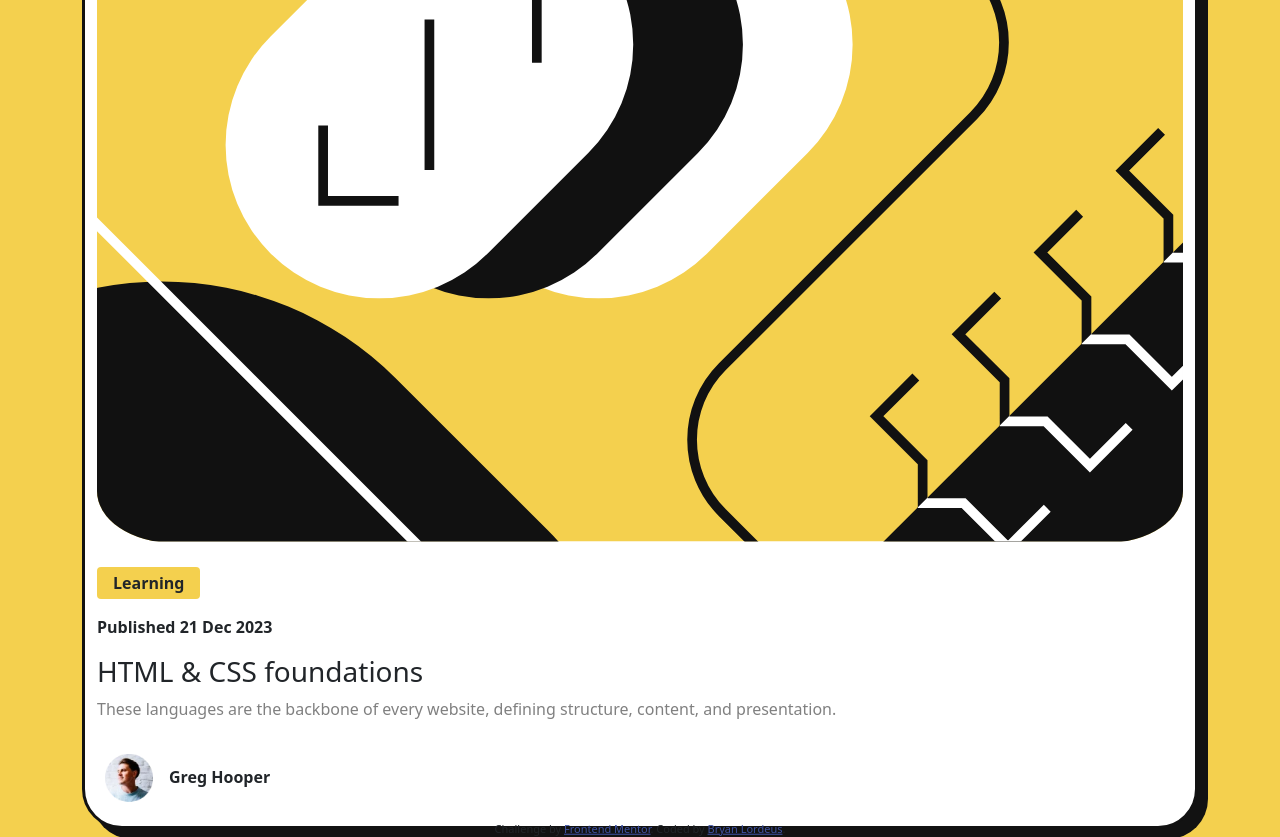
Repository: blordeus/blog-preview-card
Page: index.html
The author's editor kept a copy of each file at every save. The page is drawn from the files as they stood at one save, then again after a run of saves.
The browser window is 1280 px wide. The pictures show the whole page.
The style sheet was rebuilt from its Sass, Less or Tailwind sources for each picture, by a compiler version that may differ from the author's.

Above is the page before, as saved 2024-02-10 11:49:17.

### index.html
<!DOCTYPE html>
<html lang="en">
<head>
  <meta charset="UTF-8">
  <meta name="viewport" content="width=device-width, initial-scale=1.0"> <!-- displays site properly based on user's device -->

  <link rel="icon" type="image/png" sizes="32x32" href="./assets/images/favicon-32x32.png">
  <link rel="stylesheet" href="style.css">
  <link href="https://cdn.jsdelivr.net/npm/bootstrap@5.1.3/dist/css/bootstrap.min.css" rel="stylesheet" integrity="sha384-1BmE4kWBq78iYhFldvKuhfTAU6auU8tT94WrHftjDbrCEXSU1oBoqyl2QvZ6jIW3" crossorigin="anonymous">
  <title>Frontend Mentor | Blog preview card</title>

</head>
<body class="yellow-bg container">
<main class=" white-bg black-shadow row mx-auto py-3">
      <img class="img-header rounded-edges" src="assets\images\illustration-article.svg" alt="header image">
      <div class="mt-4">
        <p class="yellow-bg d-inline-block px-3 py-1 rounded fw-bold">Learning</p>
      </div>
      <p class="fw-bold">Published 21 Dec 2023</p>
      <h1 class="h3">HTML & CSS foundations</h1>
      <p class="grey-text">These languages are the backbone of every website, defining structure, content, and presentation.</p>

      <div class="d-flex gap-2 pt-2 align-items-center">
        <img class="greg" src="assets\images\image-avatar.webp" alt="author image">
        <p class="mt-3 fw-bold">Greg Hooper</p>
      </div>

</main>
<div class="attribution d-none d-sm-block translate-middle-y">
    Challenge by <a href="https://www.frontendmentor.io?ref=challenge" target="_blank">Frontend Mentor</a>.
    Coded by <a href="www.bryanlordeus.com">Bryan Lordeus</a>.
  </div>
</body>
</html>

### style.scss
@font-face {
    font-family: Figtree;
    src: url(./assets/fonts/Figtree-VariableFont_wght.ttf);
}

@font-face {
    font-family: Figtree-Italic;
    src: url(./assets/fonts/Figtree-Italic-VariableFont_wght.ttf) format("truetype");
    font-style: italic;
}

// Primary

$Yellow: hsl(47, 88%, 63%);

// Neutral

$White: hsl(0, 0%, 100%);
$Grey: hsl(0, 0%, 50%);
$Black: hsl(0, 0%, 7%);

//reset

* {
    margin: 0;
    padding: 0;
    box-sizing: border-box;
}

body {
    font-family: Figtree;
    //100vh
    height: 100vh;
    display: flex;
    flex-direction: column;
    justify-content: center;
    align-items: center;
}

main{
    border-radius: 10px;
    //translate vertically to center of screen
}

.rounded-edges {
    border-radius: 5%;
}

p {
    font-size: 16px;
}


.yellow-bg {
    background-color: $Yellow;

}

.black-bg {
    background-color: $Black;
}

//create a black shadow for the box that offsets to the right and bottom

.black-shadow {
    box-shadow: 10px 10px 0px $Black;
    border: 2px solid $Black;
}

.grey-text {
    color: $Grey;
}

.white-bg {
    background-color: $White;
}

.black-text {
    color: $Black;
}

.greg {
    scale: 0.75;
}

.attribution { font-size: 11px; text-align: center; }
.attribution a { color: hsl(228, 45%, 44%); }

//media query for desktop

@media (min-width: 768px) {
    .black-shadow {
        box-shadow: 10px 10px 0px $Black;
        border: 3px solid $Black;
    }

    //pad body size to center it to screen

    body {
        height: 100vh;
        max-width: 500px;
        margin: auto;
        display: flex;
        flex-direction: column;
        justify-content: center;
        align-items: center;
    }

    main {
        border-radius: 40px;
        //translate box to center of screen
        margin: auto;
    }

    .rounded-edges {
        border-radius: 8%;
    }

}

After the next 2 saves:
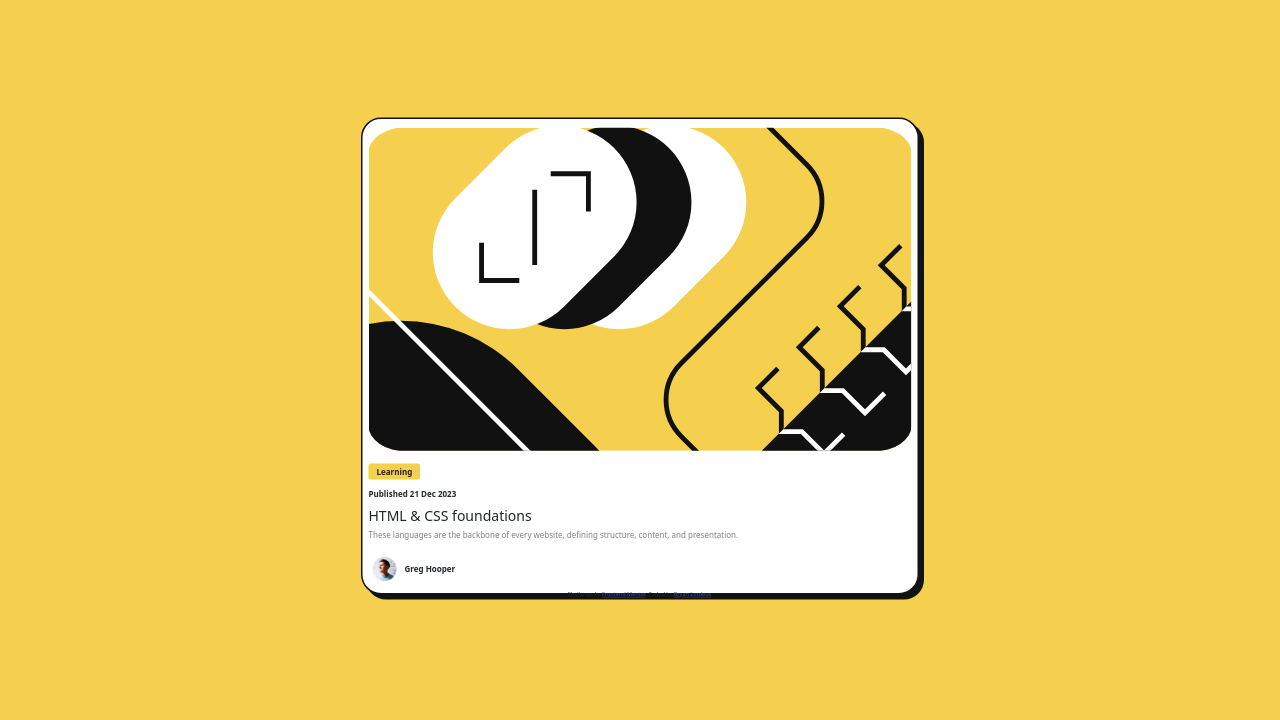
The 2 saves are shown as one change because 1 did not build or start.
The last was saved 15 s later.
--- a/style.scss
+++ b/style.scss
@@ -98,8 +98,7 @@
 
     body {
         height: 100vh;
-        max-width: 500px;
-        margin: auto;
+        scale: 0.5;
         display: flex;
         flex-direction: column;
         justify-content: center;

After the 4 saves that followed:
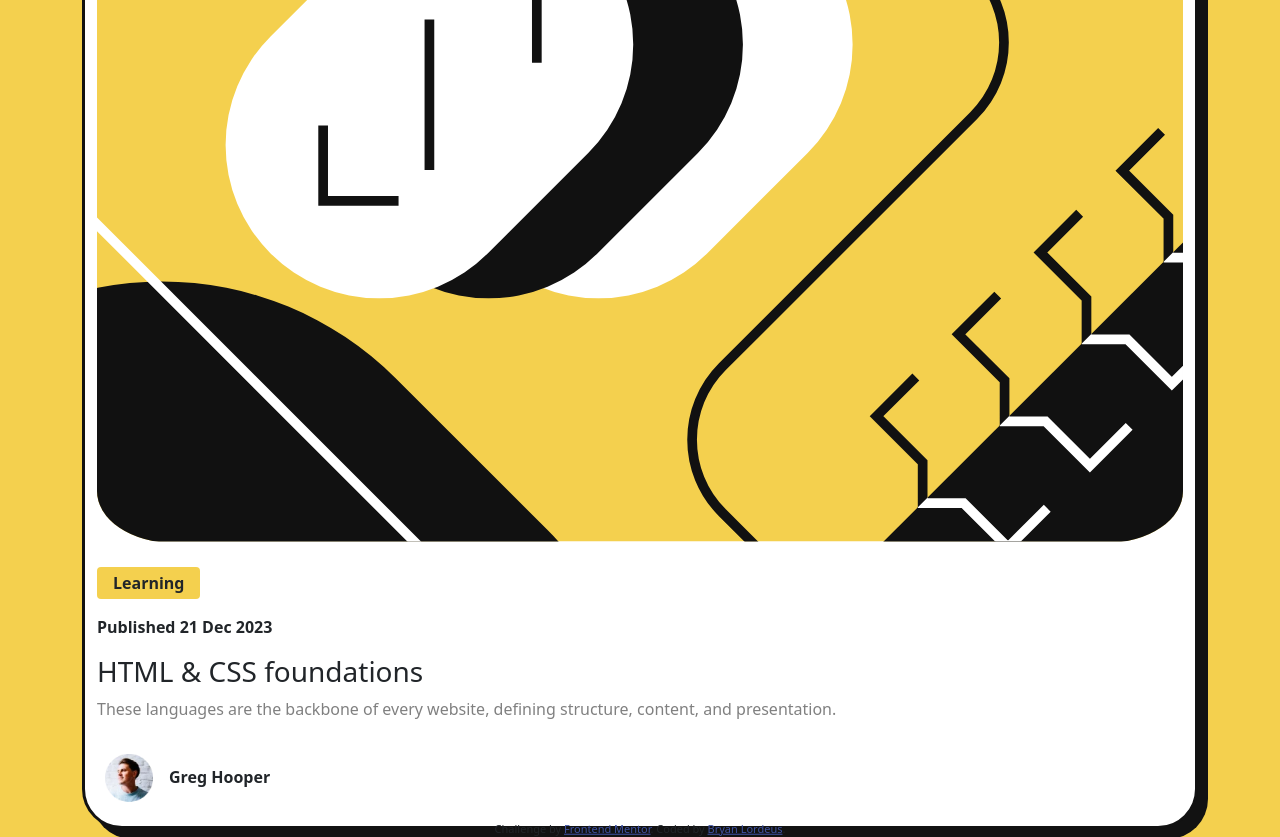
The 4 saves are shown as one change because they came seconds apart.
The last was saved 27 s later.
--- a/style.scss
+++ b/style.scss
@@ -98,7 +98,7 @@
 
     body {
         height: 100vh;
-        scale: 0.5;
+        width: 50%;
         display: flex;
         flex-direction: column;
         justify-content: center;
